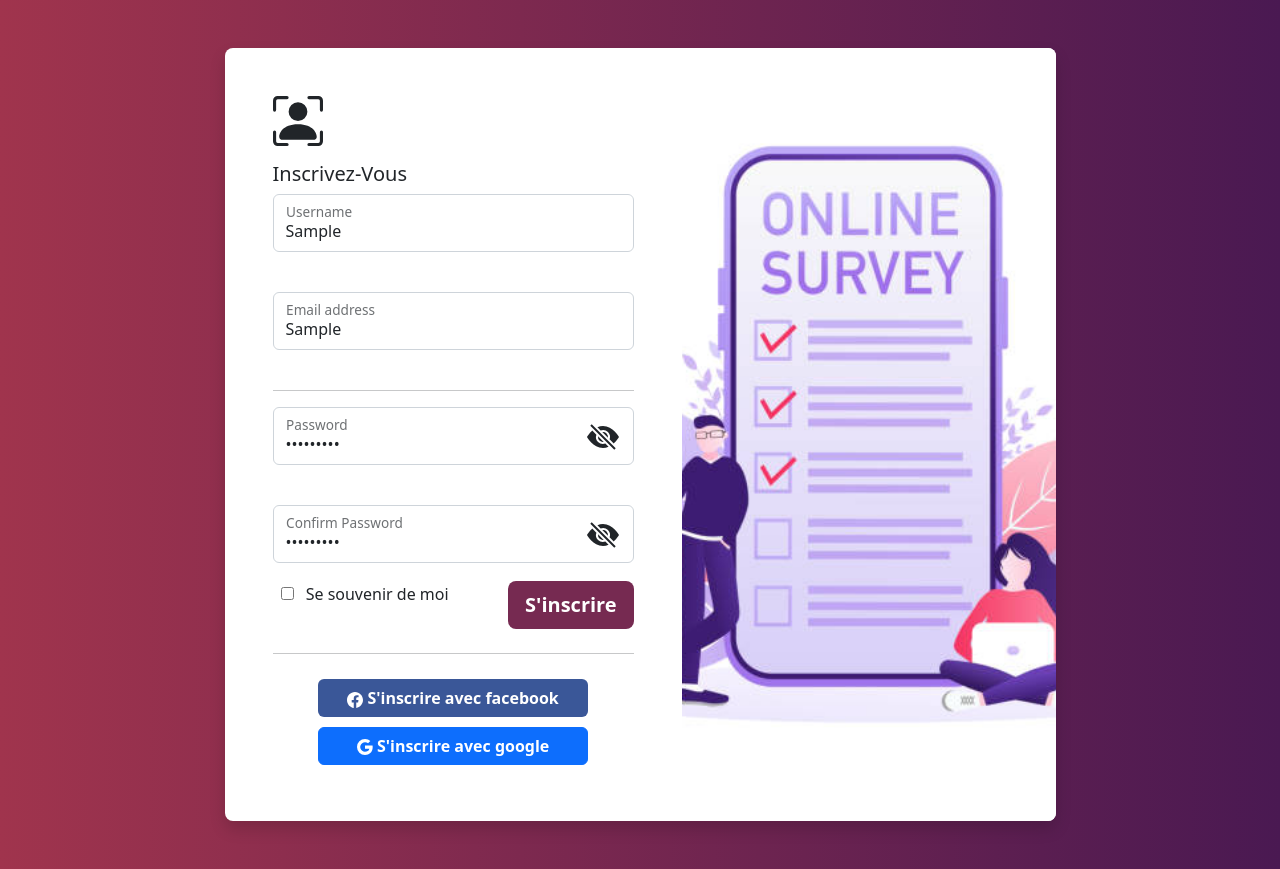
Repository: Djiamil/testsMoustaphaDER
Page: index.html
These files come from the project's save history. The page is drawn as it stood at one moment and after the next save; the edit follows.
The browser window is 1280 px wide. The pictures show the whole page.
Empty fields were first filled with sample values (such as "Sample", 5 or name@example.com).
After loading, the first visible `#form` was submitted once.

Above is the page before, as saved 2022-12-09 11:37:52.
Console error: ReferenceError: checkpassword is not defined

After the next save:
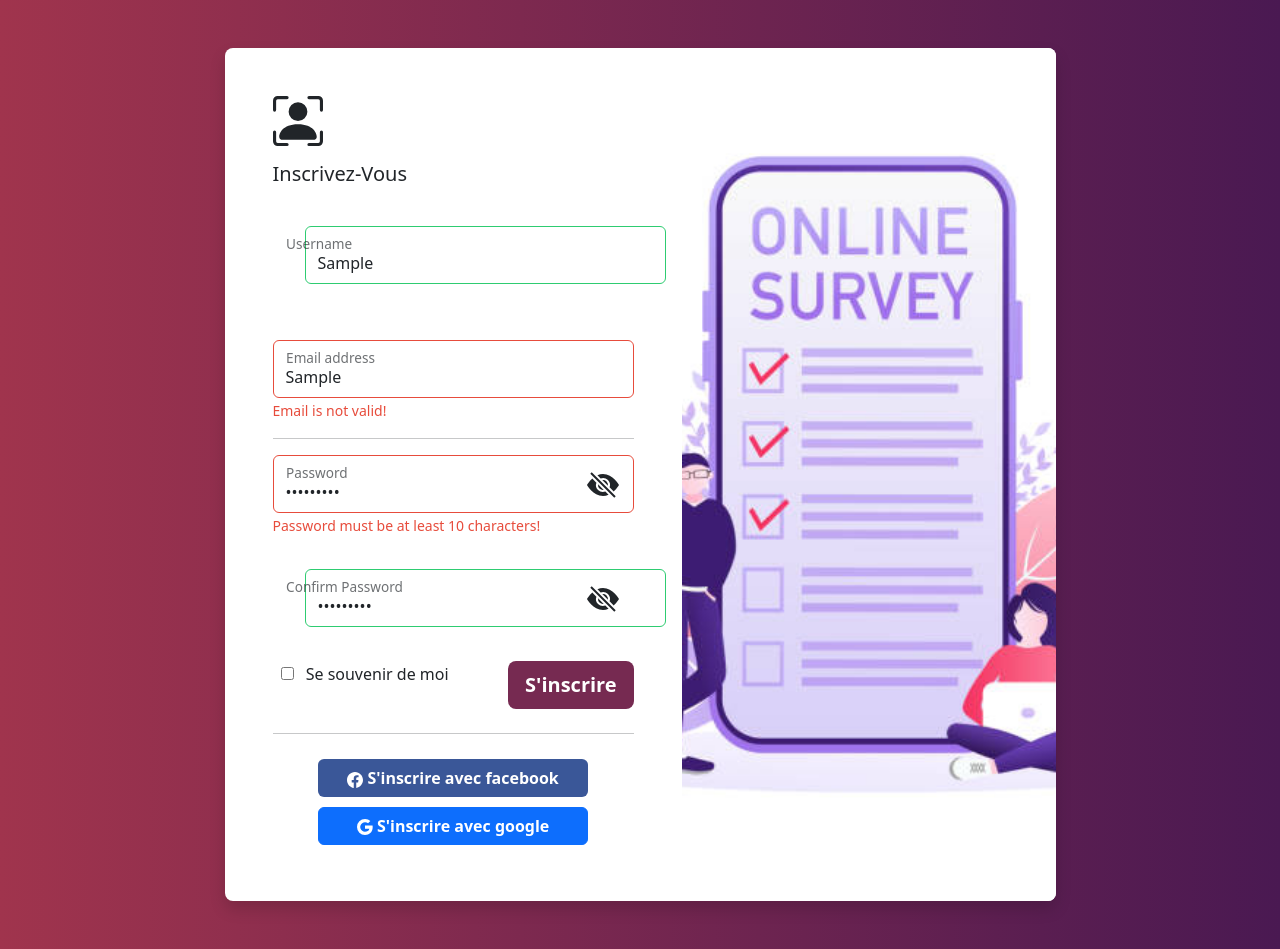
The error is gone.
Saved 15 s later.
--- a/script.js
+++ b/script.js
@@ -94,7 +94,7 @@ function checkPasswordMatch(input1, input2) {//Verifie la conformité des passwo
 form.addEventListener('submit',function(e){
     e.preventDefault();//Bloquer la soumission du formulaire
 
-    checkpassword(password)
+    checkPass(password)
     checkRequired([username, email, password, password2]);
     //
     checkLength(username, 3, 15);
